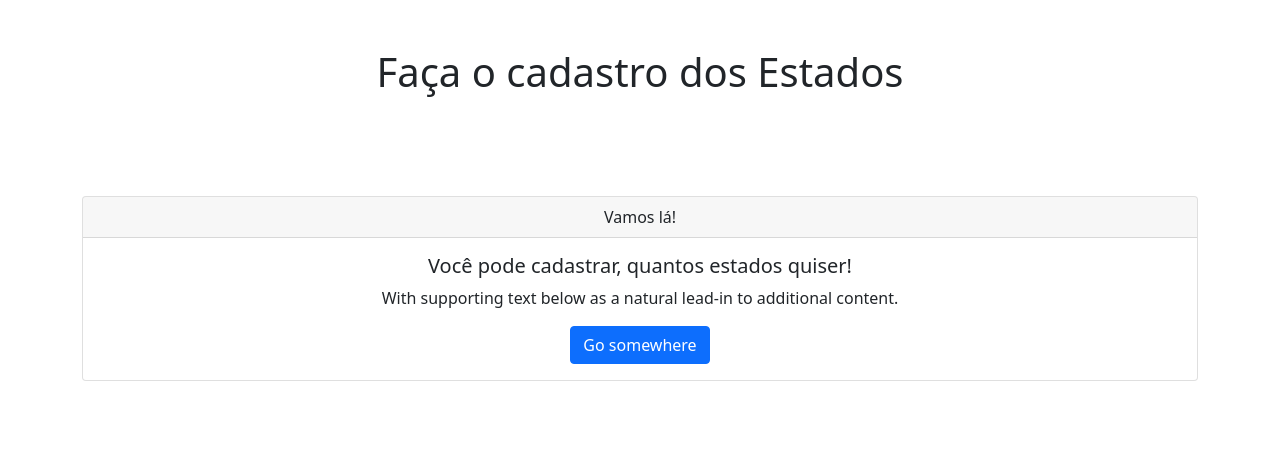
Repository: danielandradedasilva/ProjetoWebJava
Page: http://localhost/projetoweb/
The author's editor kept a copy of each file at every save. The page is drawn from the files as they stood at one save, then again after the next save.
The browser window is 1280 px wide. The pictures show the whole page.
The page is served by Tomcat 9.

Above is the page before, as saved 2021-05-10 01:55:12.

After the next save:
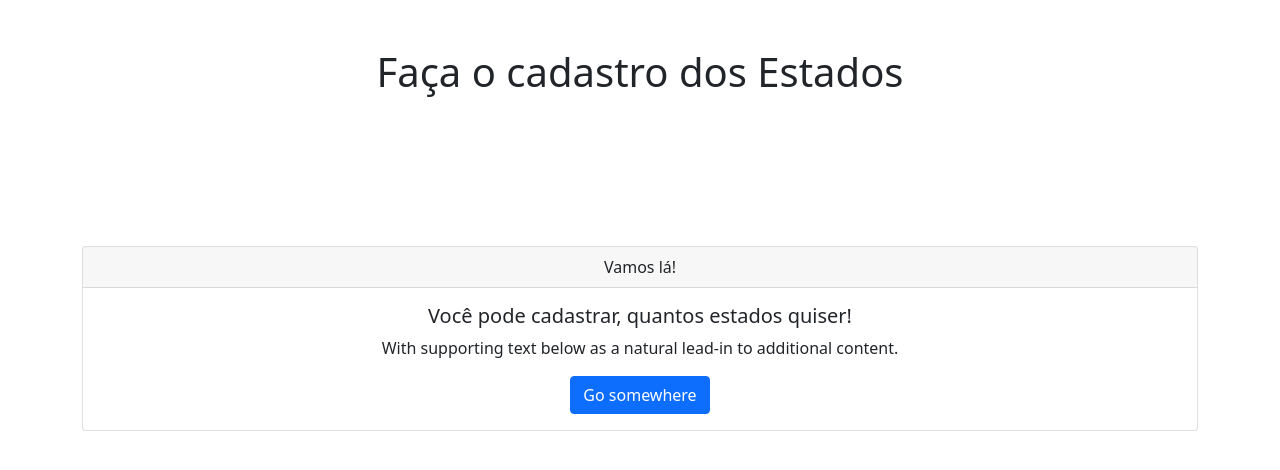
Saved 12 s later.
--- a/projetoweb/src/main/webapp/index.jsp
+++ b/projetoweb/src/main/webapp/index.jsp
@@ -13,7 +13,7 @@
 <link href="https://cdn.jsdelivr.net/npm/bootstrap@5.0.0/dist/css/bootstrap.min.css" rel="stylesheet" integrity="sha384-wEmeIV1mKuiNpC+IOBjI7aAzPcEZeedi5yW5f2yOq55WWLwNGmvvx4Um1vskeMj0" crossorigin="anonymous">
 <style type="text/css">
 	.card{
-		margin-top: 100px;
+		margin-top: 150px;
 	}
 </style>
 </head>
